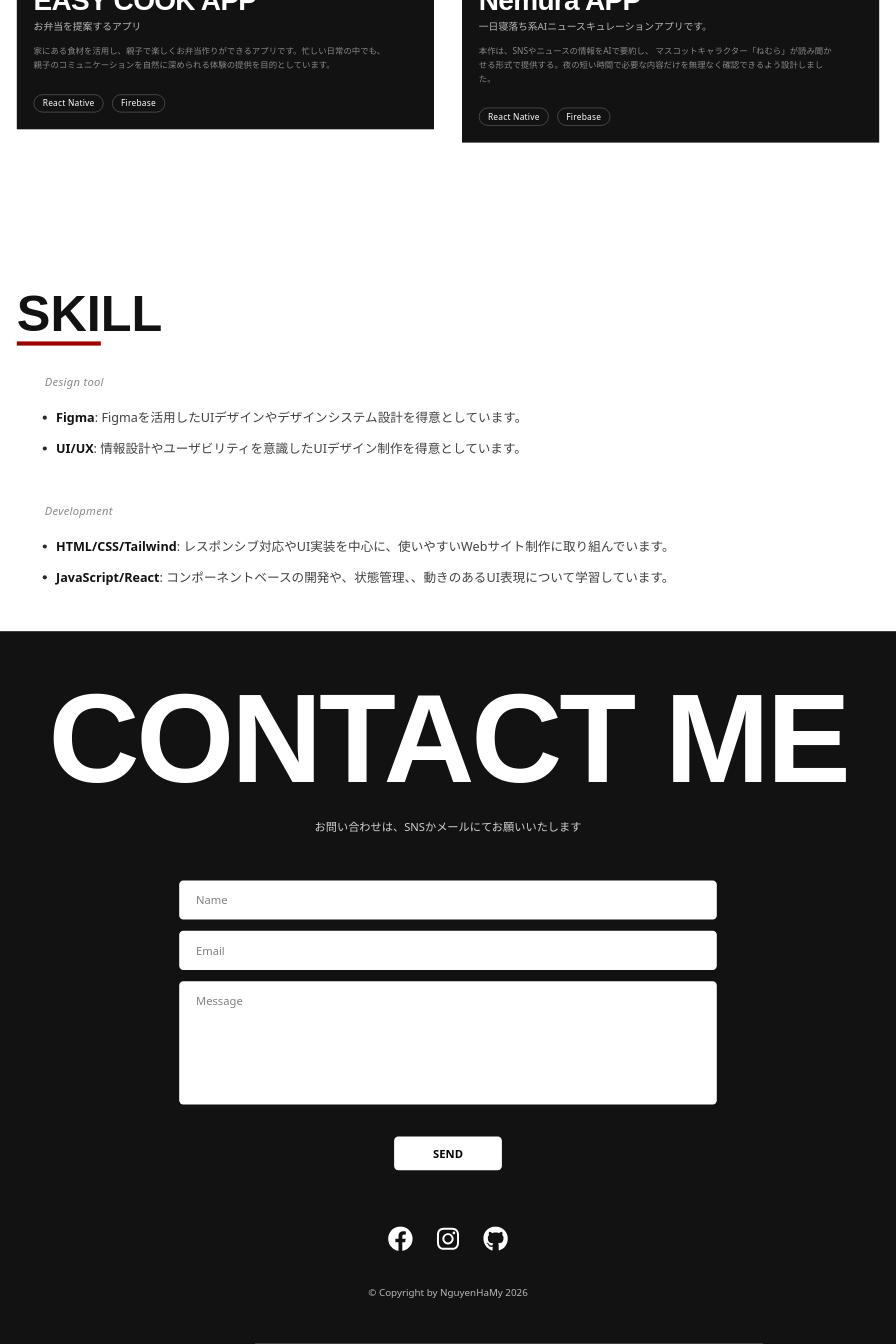
Repository: meme2603/Portfolio-HaMy
Page: / (app in my-portfolio/)
An editor plug-in stored every save of this project. The page is shown before and after the next save, followed by the edit.
The browser window is 1280 px wide. The pictures show the part of the page from y = 4394 to 6314 px (the page is 6314 px tall before and 6266 px after), at 70% of full size.
Some web fonts or font styles are not loaded; a fallback is used. The project was rebuilt for these pictures with package versions that can differ from the ones it lists, and the page was loaded fresh each time. Also part of the build but not shown: my-portfolio/vite.config.js.

Above is the page before, as saved 2026-05-29 14:49:09.

After the next save:
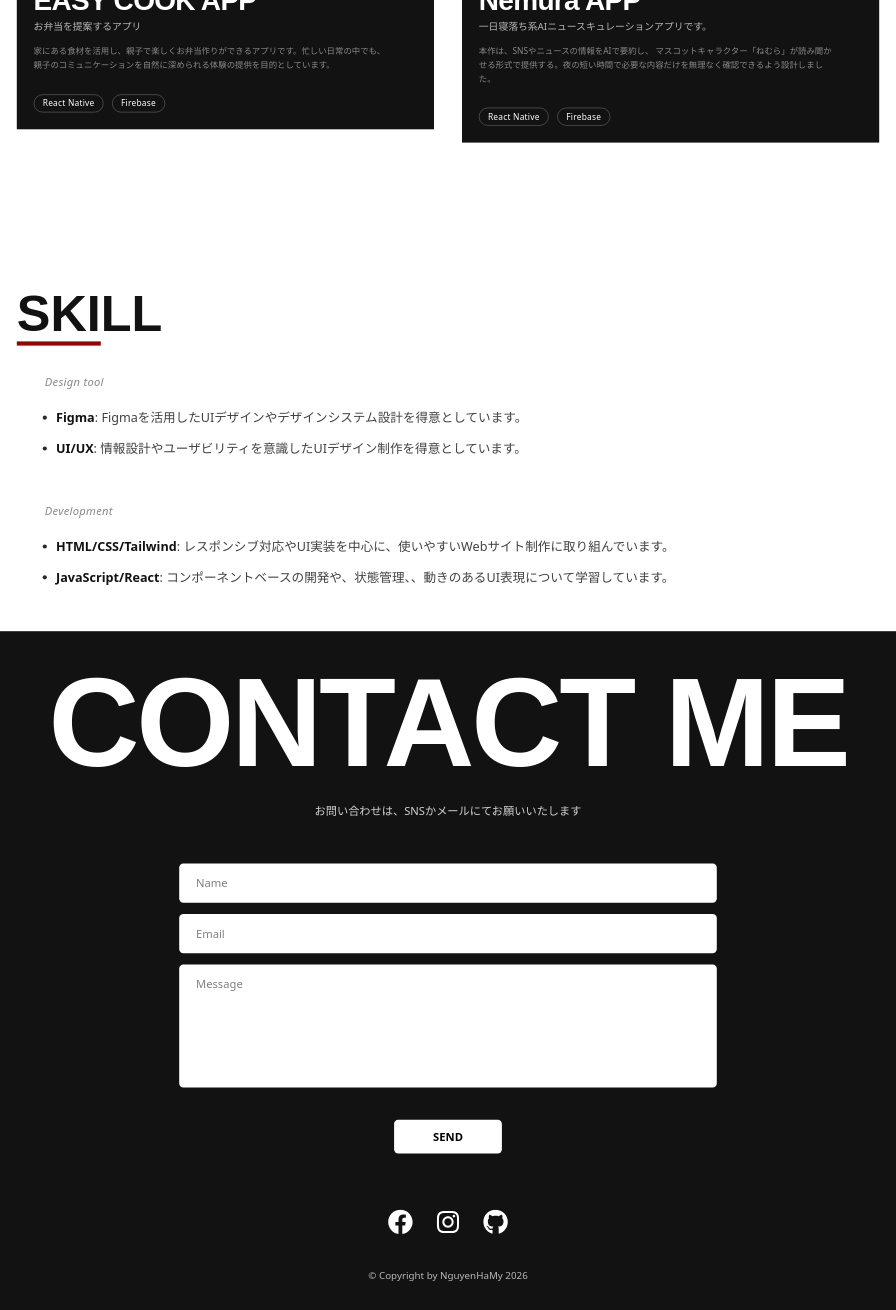
Saved 7 s later.
--- a/my-portfolio/src/components/Contact.jsx
+++ b/my-portfolio/src/components/Contact.jsx
@@ -2,7 +2,7 @@
 
 function Contact() {
   return (
-    <section className="bg-font text-background py-16 overflow-hidden">
+    <section className="bg-font text-background py-10 overflow-hidden">
       <div className="max-w-7xl mx-auto px-6">
         <h1
           className="

After the save that followed:
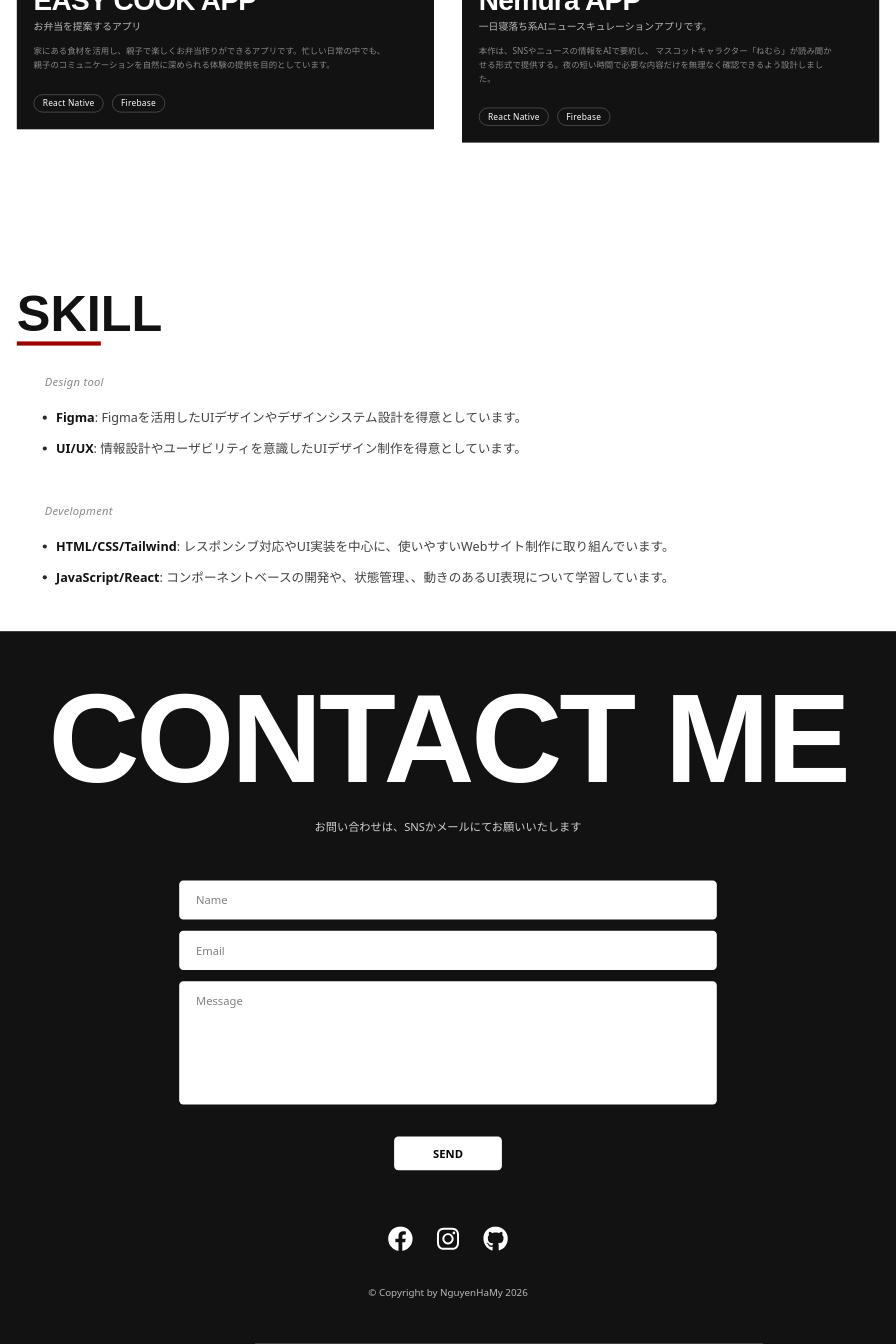
Saved 9 s later.
--- a/my-portfolio/src/components/Contact.jsx
+++ b/my-portfolio/src/components/Contact.jsx
@@ -2,7 +2,7 @@
 
 function Contact() {
   return (
-    <section className="bg-font text-background py-10 overflow-hidden">
+    <section className="bg-font text-background py-16 overflow-hidden">
       <div className="max-w-7xl mx-auto px-6">
         <h1
           className="
